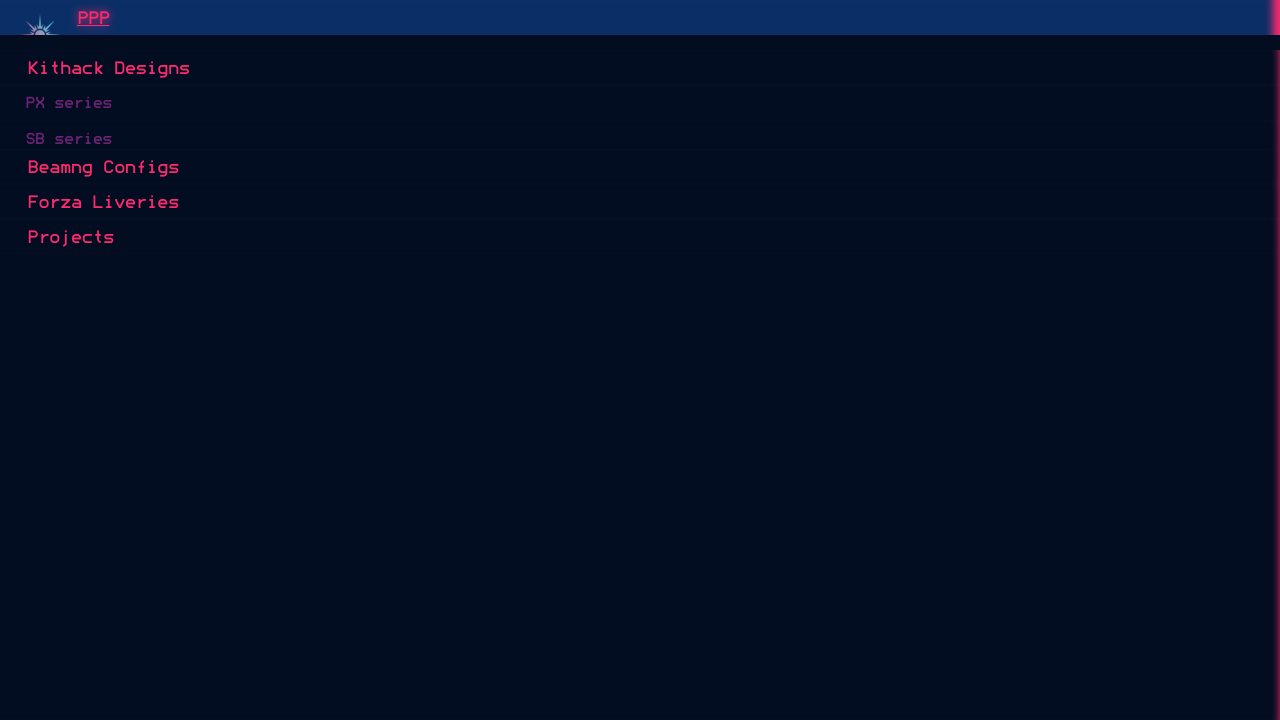
Repository: Pamishly/PamishlysPlayPlace
Page: navbar.html
These files come from the project's save history. The page is drawn as it stood at one moment and after the next save; the edit follows.
The browser window is 1280 px wide. The pictures show the whole page.

Above is the page before, as saved 2024-09-11 21:14:10.

### navbar.html

<ul>
    <input type="radio" name="menu" id="ppp">
    <li class="sitename">
        <a href="./homepage.html"  target="_top"><label for="edit" class="title"><i class="fa fa-ppp"></i><img src="./logo.png">PPP</label></a>
    </li>
    <input type="radio" name="menu" id="kithack" checked>
    <li>
        <label for="kithack" class="title"><i class="fa fa-kithack"></i>Kithack Designs</label>
        <a  class="sidebutton" href="./KitHackHTML/PXseries.html" target="_top">PX series</a>
        <a  class="sidebutton" href="./KitHackHTML/SBseries.html" target="_top">SB series</a>
    </li>
    <input type="radio" name="menu" id="beamng">
    <li>
        <label for="beamng" class="title"><i class="fa fa-beamng" target="_top"></i>Beamng Configs</label>
        <a class="sidebutton" href="./BeamngHTML/dune-builds.html" target="_top">Dune Builds</a>
        <a class="sidebutton" href="./BeamngHTML/street-builds.html" target="_top">Street Builds</a>
        <a class="sidebutton" href="./BeamngHTML/derby-builds.html" target="_top">Derby Builds</a>
        <a class="sidebutton" href="./BeamngHTML/speed-builds.html" target="_top">Top Speed Builds</a>
    </li>
    <input type="radio" name="menu" id="preferences">
    <li>
        <label for="preferences" class="title"><i class="fa fa-gears"></i>Forza Liveries</label>
        <a class="sidebutton" href="./ForzaHTML/Horizon5.html" target="_top">Horizon 5</a>
    </li>
    <input type="radio" name="menu" id="projects">
    <li>
        <label for="projects" class="title"><i class="fa fa-projects"></i>Projects</label>
        <a class="sidebutton" href="./ProjectsHTML/PiProjects.html" target="_top">Pi Projects</a>
    </li>
</ul>

<link rel="stylesheet" href="main.css">

### main.css
* {
	margin: 0;
	padding: 0;
	box-sizing: border-box;
}
body {
	font-family: Headers;
    background-color: #030D22;
    box-shadow: inset -8px 0 8px -8px #ff2a6d;
}
@font-face {
	font-family: Headers;
	src: url("Modenine-2OPd.ttf");
	font-weight: bold;
}
.container {
	width: 100%;
	height: 100%;
}
nav {
	position: fixed;
	display: flex;
	align-items: flex-start;
	width: 12%;
	height: 100%;
	background-color: #111;
}
main {
	position: fixed;
	right: 0;
	width: 88.1%;
	height: 100%;
	background: url("Background.png");
	overflow: auto;
	padding: 40px;
    color: cyan;
}
h1 {
	font-weight: bold;
	margin-bottom: 50px;
	font-size: 55px;
	text-align: center;
    color: cyan;
}
p {
	margin-bottom: 20px;
	line-height: 26px;
    font-size: 24px;
    text-align: center;
    color: cyan;
}
li, ul label.title, ul, a {
	width: 100%;
	color: #ff2a6d;
	font-family: Headers;
	display: block;
	font-weight: bold;
}
ul label {
	height: 35px;
    box-shadow: inset -8px 0 8px -8px #ff2a6d;
}
ul li{
	height: 35px;
	overflow: hidden;
	transition: all .3s;
}
ul img{
	float:left;
}
li {
	display: block;
	background:#030D22;
}
label.title {
    text-align: left;
	font-size: 18px;
	background:#030D22;
	padding: 10px 15px;
	cursor: pointer;
    transition: all .25s;
    overflow: hidden;
}
.sidebutton{
	font-size: 16px;
	text-decoration: none;
	color: #722276;
	display: block;
	padding: 10px 25px;
	transition: all .25s;
    box-shadow: inset -8px 0 8px -8px #ff2a6d;
	font-family: Headers;
}
.sidebutton:hover {
    box-shadow: inset -15px 0 8px -8px #ff2a6d;
	text-shadow: 0px 0px 10px #ff2a6d;
	background: #0A2F66;
	color: #FF23BC;
}
label:hover {
	text-shadow: 0px 0px 10px #ff2a6d;
	background: #0A2F66;
    box-shadow: inset -15px 0 8px -8px #ff2a6d;
}
input[type="radio"] {
	display: none;
}
.sitename{
	height:50px;
}
.sitename label {
	550px;
}
#ppp:checked + li {
	height: 0px;
}
#preferences:checked + li {
    height: 67px;
}
#beamng:checked + li {
    height: 163px;
}
#kithack:checked + li {
    height: 99px;
}
#projects:checked + li {
    height: 67px;
}
i {
	margin-right: 12px;
}
@media screen and (max-width: 600px){
	nav {
		width: 100%;
		position: relative;
	}
	main {
		width: 100%;
		position: relative;
	}
}
.card{
    position: relative;
    display: flex;
    flex-flow: column nowrap;
    width: 350px;
    height: 550px;
    border: solid cyan;
    text-align: center;
    margin: 15px;
	text-decoration: none;
	font-weight: unset;
	font-family: monospace;
	color: cyan;
}
.cardcontainer{
    display: flex;
    flex-flow: row wrap;
    align-content: space-around;
    justify-content: center;
    width:75%;
    margin-left: 12.5%;
}
.card img{
    width: auto;
    align-content: flex-start;
    justify-content: center;
}
.card p{
    padding: 15px;
    align-content: center;
    justify-content: center;
	margin-bottom: 20px;
	line-height: 26px;
    font-size: 24px;
    text-align: center;
    color: cyan;
}
.card:hover{
	background:#00aeff2c;
}
.card > h3{
	font-size: 24px;
	font-family: Headers;
}
iframe{
	width:100%;
	height:100%;
}
iframe[seamless]{
    background-color: transparent;
    border: 0px none transparent;
    padding: 0px;
    overflow: hidden;
}
.dwn-button{
	position: relative;
    display: flex;
    flex-flow: column nowrap;
    width: 150px;
    height: 70px;
    border: solid cyan;
    text-align: center;
    margin: 15px;
	font-weight: unset;
	font-family: monospace;
	color: cyan;
    left: 50%;
    transform: translate(-61%,100%);
}
.dwn-button:hover {
    background: darkcyan;
}
.dwn-button p{
	padding-top: 15px;
}
.information{
	display: flex;
	flex-flow: column nowrap;
}
.information p {
	margin-bottom: 20px;
	line-height: 26px;
    font-size: 24px;
	justify-content: center;
    color: cyan;
}
.information img {
	width: 600px;
	border: cyan 5px solid;
	align-self: center;
}
.information h1 {
	justify-content: center;
}
.main {
    -ms-overflow-style: none;  /* Internet Explorer 10+ */
    scrollbar-width: none;  /* Firefox */
}
.main::-webkit-scrollbar {
    display: none;  /* Safari and Chrome */
}

After the next save:
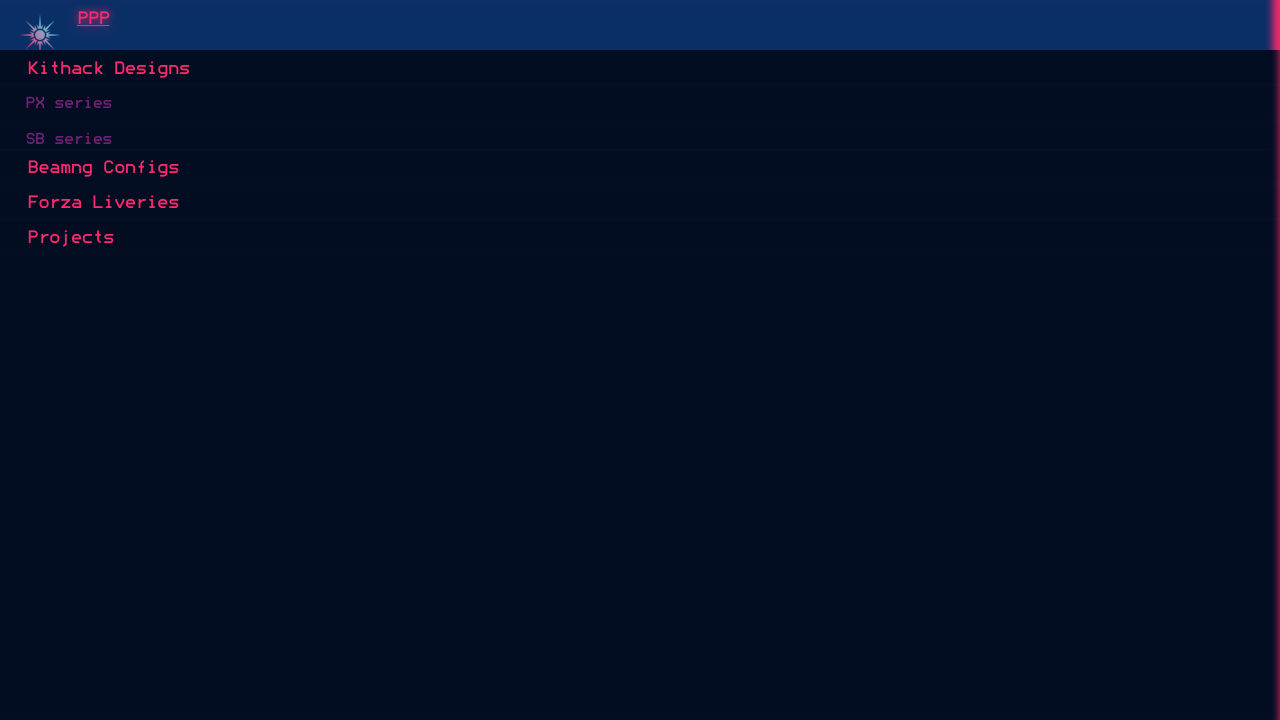
Saved 4 s later.
--- a/main.css
+++ b/main.css
@@ -109,7 +109,7 @@
 	height:50px;
 }
 .sitename label {
-	550px;
+	height: 50px;
 }
 #ppp:checked + li {
 	height: 0px;
